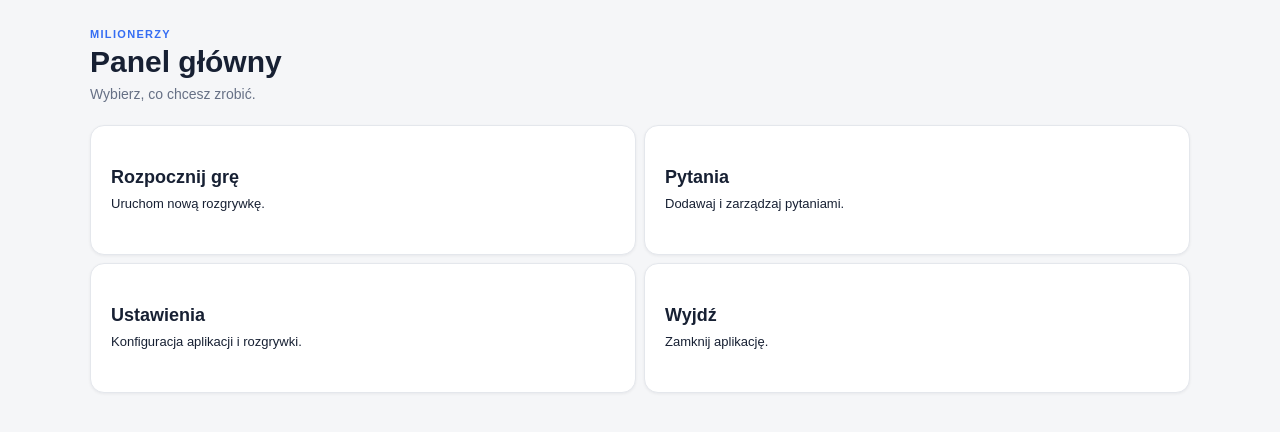
Repository: WaleonGames/HTGMilionerzy
Page: views/index.html
These files come from the project's save history. The page is drawn as it stood at one moment and after the next save; the edit follows.
The browser window is 1280 px wide. The pictures show the whole page.

Above is the page before, as saved 2026-09-05 19:32:57.

After the next save:
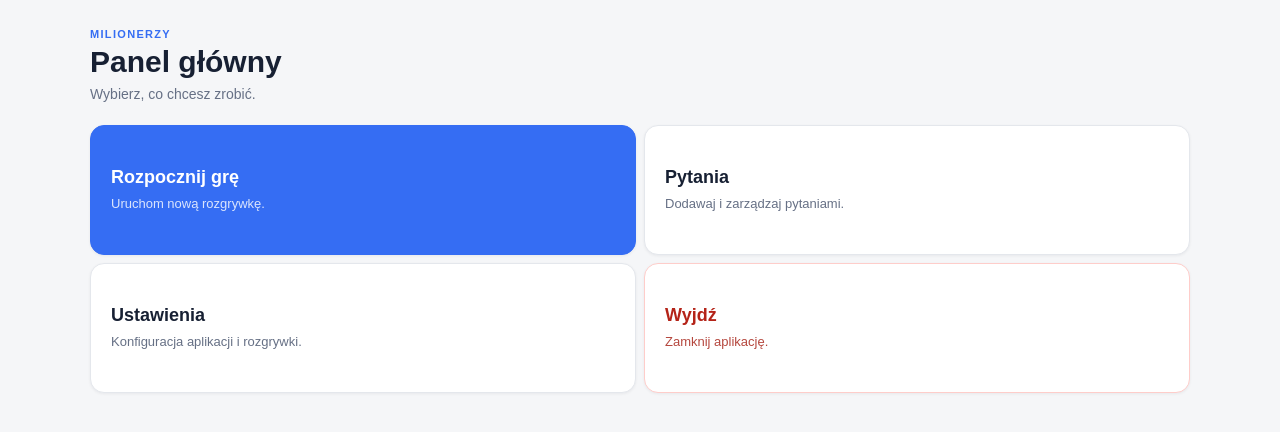
Saved 9 s later.
--- a/public/css/design.css
+++ b/public/css/design.css
@@ -307,6 +307,81 @@ small{
 }
 
 /* =========================
+   ACTION CARD
+========================= */
+
+.action-card{
+  background:var(--design-surface) !important;
+  color:var(--design-text) !important;
+
+  border-color:var(--design-border) !important;
+
+  box-shadow:var(--design-shadow-sm) !important;
+}
+
+.action-card:hover{
+  background:var(--design-surface-hover) !important;
+  border-color:var(--design-border-strong) !important;
+}
+
+.action-card-title{
+  color:var(--design-text) !important;
+}
+
+.action-card-description{
+  color:var(--design-muted) !important;
+}
+
+/* =========================
+   ACTION CARD PRIMARY
+========================= */
+
+.action-card-primary{
+  background:var(--design-primary) !important;
+  color:#fff !important;
+
+  border-color:var(--design-primary) !important;
+}
+
+.action-card-primary:hover{
+  background:var(--design-primary-hover) !important;
+  border-color:var(--design-primary-hover) !important;
+}
+
+.action-card-primary .action-card-title,
+.action-card-primary .action-card-description{
+  color:#fff !important;
+}
+
+.action-card-primary .action-card-description{
+  opacity:.82;
+}
+
+/* =========================
+   ACTION CARD DANGER
+========================= */
+
+.action-card-danger{
+  background:var(--design-surface) !important;
+  color:var(--design-danger) !important;
+
+  border-color:var(--design-danger-border) !important;
+}
+
+.action-card-danger:hover{
+  background:var(--design-danger-light) !important;
+  border-color:#fda29b !important;
+}
+
+.action-card-danger .action-card-title{
+  color:var(--design-danger) !important;
+}
+
+.action-card-danger .action-card-description{
+  color:#b5473e !important;
+}
+
+/* =========================
    GRID
 ========================= */
 
